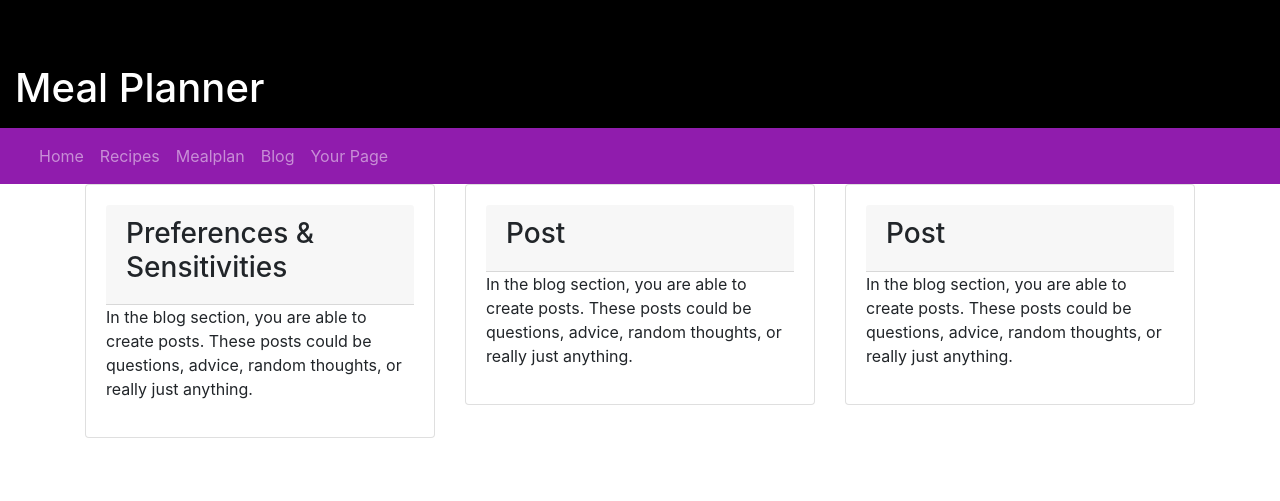
Repository: madisonisfan/mealplanner-react
Page: /
These files come from the project's save history. The page is drawn as it stood at one moment and after the next save; the edit follows.
The browser window is 1280 px wide. The pictures show the whole page.
The project was rebuilt for these pictures with package versions that can differ from the ones it lists, and the page was loaded fresh each time.

Above is the page before, as saved 2021-04-18 13:47:39.

After the next save:
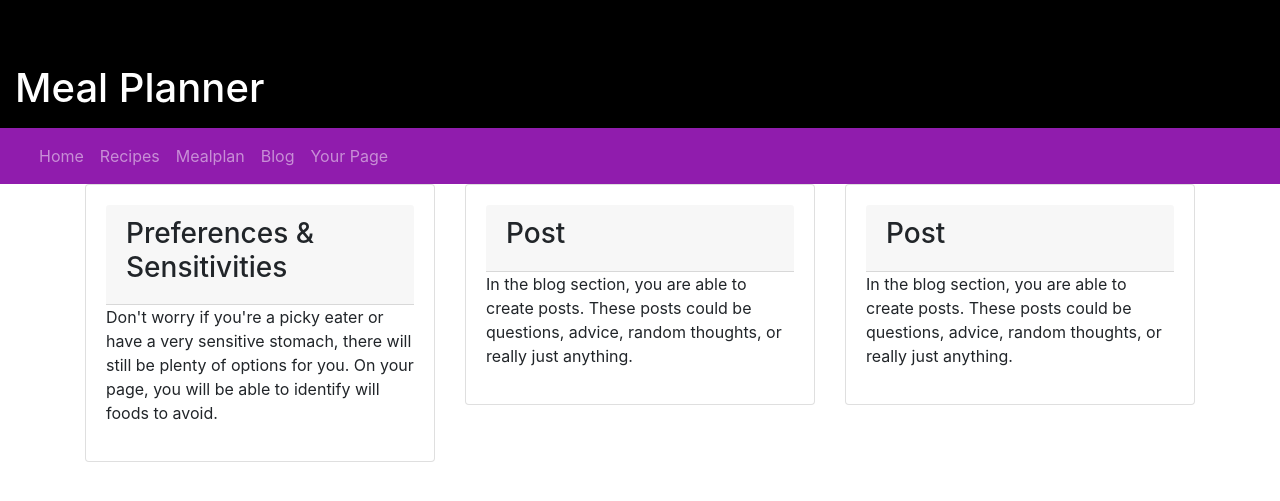
Saved 6 s later.
--- a/src/components/HomeComponent.js
+++ b/src/components/HomeComponent.js
@@ -19,9 +19,9 @@ function Home(props) {
                 <h3>Preferences & Sensitivities</h3>
               </CardHeader>
               <p>
-                In the blog section, you are able to create posts. These posts
-                could be questions, advice, random thoughts, or really just
-                anything.
+                Don't worry if you're a picky eater or have a very sensitive
+                stomach, there will still be plenty of options for you. On your
+                page, you will be able to identify will foods to avoid.
               </p>
             </CardBody>
           </Card>
